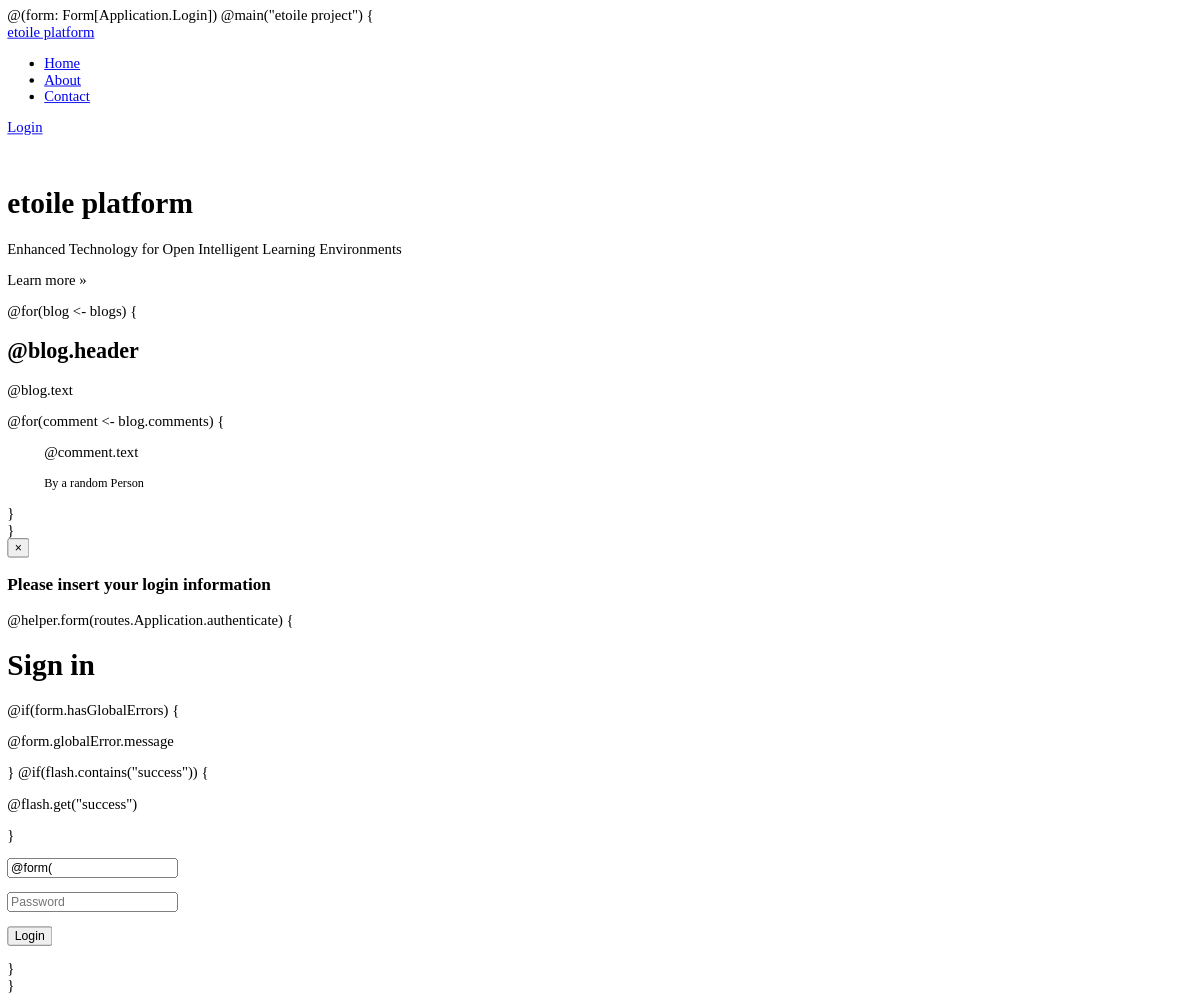
Repository: lopesdasilva/etoile
Page: etoile-play/.target/views/index.scala.html
The author's editor kept a copy of each file at every save. The page is drawn from the files as they stood at one save, then again after the next save.
The browser window is 1280 px wide. The pictures show the whole page, at 92% of full size.

Above is the page before, as saved 2012-10-23 14:50:31.

### etoile-play/.target/views/index.scala.html
@(form: Form[Application.Login])

@main("etoile project") {

<div class="navbar navbar-inverse navbar-fixed-top">
      <div class="navbar-inner">
        <div class="container">
          <a class="btn btn-navbar" data-toggle="collapse" data-target=".nav-collapse">
            <span class="icon-bar"></span>
            <span class="icon-bar"></span>
            <span class="icon-bar"></span>
          </a>
          <a class="brand" href="#">etoile platform</a>
          <div class="nav-collapse collapse">
            <ul class="nav">
              <li class="active"><a href="#">Home</a></li>
              <li><a href="#about">About</a></li>
              <li><a href="#contact">Contact</a></li>
            </ul>
            <form class="navbar-form pull-right">
             <a href="#loginModal" role="button" class="btn btn-primary" data-toggle="modal">Login</a>



            </form>
          </div><!--/.nav-collapse -->
        </div>
      </div>
    </div>


 <br>
<div class="hero-unit">
	<h1>etoile platform</h1>
	<p>Enhanced Technology for Open Intelligent Learning Environments</p>
	 <p><a class="btn btn-primary btn-large">Learn more &raquo;</a></p>
</div>

<!-- Example row of columns -->
<div class="row" >
	@for(blog <- blogs) {
	<div class="span12">
		<h2>@blog.header</h2>
		<p>@blog.text</p>
		@for(comment <- blog.comments) {
		<blockquote>
			<p>@comment.text</p>
			<small>By a random Person</small>
		</blockquote>
		}
	</div>
	}
</div>

<div id="loginModal" class="modal hide fade" tabindex="-1" role="dialog" aria-labelledby="myModalLabel" aria-hidden="true">
  <div class="modal-header">
    <button type="button" class="close" data-dismiss="modal" aria-hidden="true">&times;</button>
    <h3 id="myModalLabel">Please insert your login information</h3>
  </div>
  <div class="modal-body">
 @helper.form(routes.Application.authenticate) {

            <h1>Sign in</h1>

            @if(form.hasGlobalErrors) {
                <p class="error">
                    @form.globalError.message
                </p>
            }

            @if(flash.contains("success")) {
                <p class="success">
                    @flash.get("success")
                </p>
            }

            <p>
                <input type="email" name="email" placeholder="Email" value="@form("username").value">
            </p>
            <p>
                <input type="password" name="password" placeholder="Password">
            </p>
            <p>
                <button class="btn btn-primary" type="submit">Login</button>
            </p>

        }
  </div>
</div>

}

After the next save:
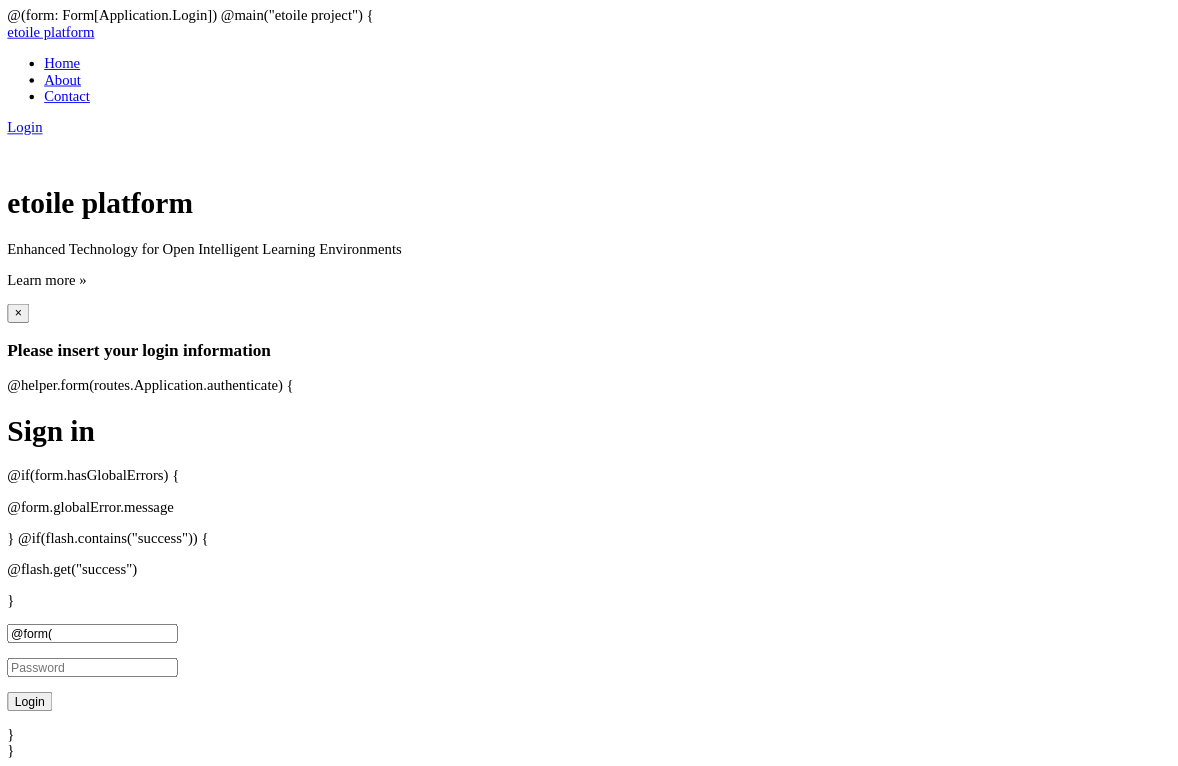
Saved 25 s later.
--- a/etoile-play/.target/views/index.scala.html
+++ b/etoile-play/.target/views/index.scala.html
@@ -36,21 +36,6 @@
 	 <p><a class="btn btn-primary btn-large">Learn more &raquo;</a></p>
 </div>
 
-<!-- Example row of columns -->
-<div class="row" >
-	@for(blog <- blogs) {
-	<div class="span12">
-		<h2>@blog.header</h2>
-		<p>@blog.text</p>
-		@for(comment <- blog.comments) {
-		<blockquote>
-			<p>@comment.text</p>
-			<small>By a random Person</small>
-		</blockquote>
-		}
-	</div>
-	}
-</div>
 
 <div id="loginModal" class="modal hide fade" tabindex="-1" role="dialog" aria-labelledby="myModalLabel" aria-hidden="true">
   <div class="modal-header">
